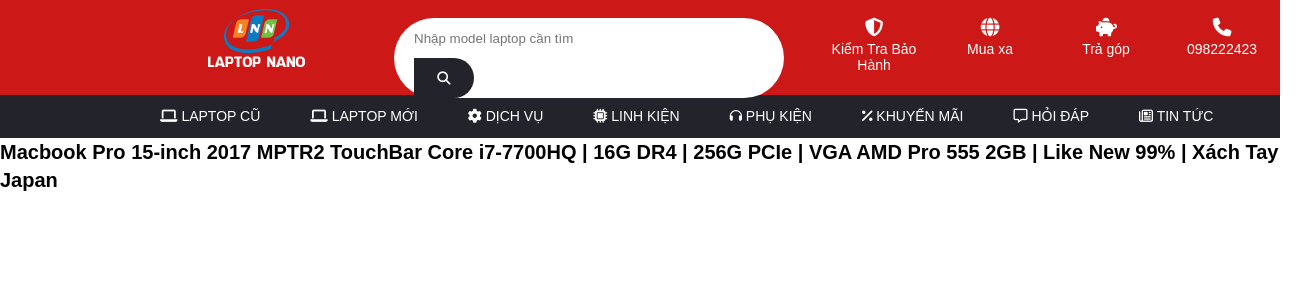
Repository: 21012324ThuanDM/WebLaptop
Page: Baicuoiky/Laptop.html
The author's editor kept a copy of each file at every save. The page is drawn from the files as they stood at one save, then again after the next save.
The browser window is 1280 px wide. The page is 1312 px wide, so the pictures cover 1312 px, including what lies to the right of the window. The pictures show the whole page.

Above is the page before, as saved 2023-10-16 21:56:08.

### Baicuoiky/Laptop.html
<!DOCTYPE html>
<html lang="en">
<head>
    <meta charset="UTF-8">
    <meta name="viewport" content="width=device-width, initial-scale=1.0">
    <title>Document</title>
    <link rel="stylesheet" href="Laptop.css">
</head>
<body>
    <!DOCTYPE html>
<html lang="en">

<head>
    <meta charset="UTF-8">
    <meta name="viewport" content="width=device-width, initial-scale=1.0">
    <title>Laptopnano</title>
    <link rel="stylesheet" href="https://cdnjs.cloudflare.com/ajax/libs/font-awesome/6.4.2/css/all.min.css" integrity="sha512-z3gLpd7yknf1YoNbCzqRKc4qyor8gaKU1qmn+CShxbuBusANI9QpRohGBreCFkKxLhei6S9CQXFEbbKuqLg0DA==" crossorigin="anonymous" referrerpolicy="no-referrer"
    />
    <link rel="stylesheet" href="laptopnano.css">
    <link rel="stylesheet" href="./themify-icons/themify-icons.css">
    <link rel="stylesheet" href="./fontawesome-free-5.12.1-web/css/all.min.css">
</head>

<body>
    <div id="header">
        <div class="header_wrap">
            <div class="logo_timkiem">
                <div class="logo">
                    <a href="https://laptopnano.com/"><img src="logo-pc-3_1589368333.png" alt=""></a>
                </div>
                <div class="timkiem">
                    <form action="" class="search-box">
                        <input class=input type="type" class="search-text" placeholder="Nhập model laptop cần tìm">
                        <button class="search-btn" aria-label="tìm kiếm">
                            <i class="fa-solid fa-magnifying-glass"></i>
                        </button>
                    </form>

                </div>
            </div>
            <div class="mainmenu">
                <ul>
                    <li>
                        <a href="">
                            <i class="fa-solid fa-shield-halved fa-lg"></i><br>
                            Kiểm Tra Bảo Hành
                        </a>
                    </li>
                    <li>
                        <a href="">
                            <i class="fa-solid fa-globe fa-lg"></i> <br>
                            Mua xa
                        </a>
                    </li>
                    <li>
                        <a href="">
                            <i class="fa-solid fa-piggy-bank fa-flip-horizontal fa-lg"></i> <br>
                            Trả góp
                        </a>
                    </li>
                    <li>
                        <a href="">
                            <i class="fa-solid fa-phone fa-lg"></i> <br>
                            098222423
                        </a>
                    </li>
                </ul>
            </div>
        </div>
        <div class="navi">
            <ul>
                <li>
                    <a href="">
                        <i class="fa-solid fa-laptop fa-2sm"></i> Laptop cũ
                    </a>

                </li>

                <li>
                    <a href="">
                        <i class="fa-solid fa-laptop fa-2sm"></i> Laptop mới
                    </a>

                </li>
                <li>
                    <a href="">
                        <i class="fa-solid fa-gear"></i> Dịch vụ
                    </a>

                </li>
                <li>
                    <a href="">
                        <i class="fa-solid fa-microchip"></i> Linh kiện
                    </a>
                </li>

                <li>
                    <a href="">
                        <i class="fa-solid fa-headphones fa-sm"></i> Phụ kiện
                    </a>
                </li>
                <li>
                    <a href="">
                        <i class="fa-solid fa-percent fa-2sm"></i> Khuyến mãi
                    </a>
                </li>

                <li>
                    <a href="">
                        <i class="fa-regular fa-message fa-2sm"></i> Hỏi đáp
                    </a>
                </li>
                <li>
                    <a href="">
                        <i class="fa-regular fa-newspaper fa-2sm"></i> Tin Tức
                    </a>
                </li>
                <li>
                    <a href="">
                        <i class="fa-solid fa-phone fa-2sm"></i> Liên hệ
                    </a>
                </li>
            </ul>
        </div>
    </div>
    <div class="thongtinlaptop">
        <div class="divtieude">
		    <h1 class="tieude">Macbook Pro 15-inch 2017 MPTR2 TouchBar Core i7-7700HQ | 16G DR4 | 256G PCIe | VGA AMD Pro 555 2GB | Like New 99% | Xách Tay Japan </h1>
	    </div>
    </div>
        <!-- ####### -->

    <div id="footer">


    </div>
</body>

</html>
</body>
</html>

### Baicuoiky/Laptop.css
* {
    padding: 0;
    margin: 0;
    box-sizing: border-box;
}

html {
    font-size: 18px;
    font-family: Arial, Helvetica, sans-serif;
}

#header .header_wrap {
    background-color: #cd1818;
    height: 95px;
    padding: 0px 0px 0px 154px;
    display: flex;
}

#header .logo_timkiem {
    display: flex;
}

.logo_timkiem .logo {
    margin-top: 8px;
    display: block;
    float: left;
}

.header_wrap ul {
    color: #FFF;
    list-style-type: none;
    width: 100%;
    display: flex;
    margin: 20px 0px -19px 32px;
    font-size: 14px;
}

.header_wrap .mainmenu ul li{
    width: 116px;
    height: 95px;
    text-align: center;
}

.header_wrap .mainmenu i{
    padding-bottom: 7px;
}

.header_wrap ul li a {
    color: #FFF;
    text-decoration: none;
}

.search-box {
    margin-left: 40px;
    margin-top: 18px;
    padding-left: 20px;
    background-color: #FFF;
    border-radius: 40px;
}

.search-box input {
    outline: none;
    background: none;
    width: 340px;
    height: 40px;
    border: none;
}

.search-box .search-btn {
    width: 60px;
    height: 40px;
    background-color: #23232B;
    color: #FFF;
    border: none;
    border-radius: 0 40px 40px 0;
}

#header .navi {
    height: 43px;
    background-color: #23232B;
    padding-left: 126px;
}



.navi li {
    display: inline-block;
    text-decoration: none;
    text-transform: uppercase;
    line-height: 43px;
    font-size: 14px;

}

.navi li a {
    text-decoration: none;
    color: #FFF;
    padding: 0px 11px 0px 34px;
}

#content .container_slideshow{
    width: 1500px;
    height: 398px;
    padding: 15px 0px 0px 145px;
    display: flex;
}


.container_slideshow .thumb{
    width: 780px;
    height: 61px;
    margin-top: -5px;
}

.container_slideshow .thumb ul{
    border-left: 1px solid #E7E7E7;
    border-bottom: 1px solid #E7E7E7;
    border-right: 1px solid #E7E7E7;
    text-align: center;
}

.container_slideshow .thumb li{
    display: inline-block;
    text-decoration: none;
    /* border-left: 1px solid #E7E7E7; */
    width: 150px;
    height: 61px;

}

.container_slideshow .thumb li a{
    text-decoration: none;
    font-size: 13px;
    color: #000;

}

.container_slideshow .countdown {
    margin-left: 15px;
}

.countdown .bot1 a img{
    width: 370px;
}

.countdown .newtop{

}

.newtop .news_cat{
    width: 370px;
    height: 38px;
    background-color: #ebebeb;
    padding: 10px;
    font-size: 14px;
}

.newtop .news_cat p{
    display: inline;
    margin-top: 10px;
}

.newtop .news_list1, .newtop .news_list2{
    width: 370px;
    font-size: 14px;
    float: left;
    padding-top: 10px;
    display: flex;
    margin-left: -3px;
}

.newtop .news_list a{
    text-decoration: none;
    margin-left: 15px;
}

.newtop .news_list img{
    width: 83px;
}

#content .container{
    margin-top: 25px;
    margin-left: 144px;
}

/********************/
.tieude {
    color: #000000;
    font-size: 20px;
    line-height: 28px;
    margin-bottom: 8px;
    display: inline;
}

### Baicuoiky/laptopnano.css
* {
    padding: 0;
    margin: 0;
    box-sizing: border-box;
}

html {
    font-size: 18px;
    font-family: Arial, Helvetica, sans-serif;
}

#header .header_wrap {
    background-color: #cd1818;
    height: 95px;
    padding: 0px 0px 0px 154px;
    display: flex;
}

#header .logo_timkiem {
    display: flex;
}

.logo_timkiem .logo {
    margin-top: 8px;
    display: block;
    float: left;
}

.header_wrap ul {
    color: #FFF;
    list-style-type: none;
    width: 100%;
    display: flex;
    margin: 20px 0px -19px 32px;
    font-size: 14px;
}

.header_wrap .mainmenu ul li{
    width: 116px;
    height: 95px;
    text-align: center;
}

.header_wrap .mainmenu i{
    padding-bottom: 7px;
}

.header_wrap ul li a {
    color: #FFF;
    text-decoration: none;
}

.search-box {
    margin-left: 40px;
    margin-top: 18px;
    padding-left: 20px;
    background-color: #FFF;
    border-radius: 40px;
}

.search-box input {
    outline: none;
    background: none;
    width: 340px;
    height: 40px;
    border: none;
}

.search-box .search-btn {
    width: 60px;
    height: 40px;
    background-color: #23232B;
    color: #FFF;
    border: none;
    border-radius: 0 40px 40px 0;
}

#header .navi {
    height: 43px;
    background-color: #23232B;
    padding-left: 126px;
}



.navi li {
    display: inline-block;
    text-decoration: none;
    text-transform: uppercase;
    line-height: 43px;
    font-size: 14px;

}

.navi li a {
    text-decoration: none;
    color: #FFF;
    padding: 0px 11px 0px 34px;
}

#content .container_slideshow{
    width: 1500px;
    height: 398px;
    padding: 15px 0px 0px 145px;
    display: flex;
}


.container_slideshow .thumb{
    width: 780px;
    height: 61px;
    margin-top: -5px;
}

.container_slideshow .thumb ul{
    border-left: 1px solid #E7E7E7;
    border-bottom: 1px solid #E7E7E7;
    border-right: 1px solid #E7E7E7;
    text-align: center;
}

.container_slideshow .thumb li{
    display: inline-block;
    text-decoration: none;
    /* border-left: 1px solid #E7E7E7; */
    width: 150px;
    height: 61px;

}

.container_slideshow .thumb li a{
    text-decoration: none;
    font-size: 13px;
    color: #000;

}

.container_slideshow .countdown {
    margin-left: 15px;
}

.countdown .bot1 a img{
    width: 370px;
}

.countdown .newtop{

}

.newtop .news_cat{
    width: 370px;
    height: 38px;
    background-color: #ebebeb;
    padding: 10px;
    font-size: 14px;
}

.newtop .news_cat p{
    display: inline;
    margin-top: 10px;
}

.newtop .news_list1, .newtop .news_list2{
    width: 370px;
    font-size: 14px;
    float: left;
    padding-top: 10px;
    display: flex;
    margin-left: -3px;
}

.newtop .news_list a{
    text-decoration: none;
    margin-left: 15px;
}

.newtop .news_list img{
    width: 83px;
}

#content .container{
    margin-top: 25px;
    margin-left: 144px;
}

/* ##### */


ul.maclist li.item_tabs {
    display: inline;
    margin-right: 10px;
}

ul.maclist li.item_tabs a {
    text-decoration: none;
    color: black;
}
.tensp {
    text-decoration: none;
    color: black;
}
.custom-div {
    width: 80%;
    margin: 0 auto;
    background-color: rgb(255, 250, 250);
    padding: 20px;
    margin-bottom: 30px;
}


.title {
    display: flex;
    line-height: 50px;
    border-bottom: 2px solid red;
    margin-bottom: 20px;
    justify-content: space-between;
}


.title-main {
    margin: 0;

}

.titles .nav-tabs li {
    margin-left: 16px;
    cursor: pointer;
}
.nav-tabs {
    float: right;
    display: flex;
    line-height: 52px;
}

.inside{
    display: inline-block;
}

.flex-container {
    display: inline-flex;
    justify-content: space-between;
}
.flex-item {
    height: auto;
    width: 280px;
}

.giatien {
    color: red;
}

Loaded but not shown: Baicuoiky/themify-icons/themify-icons.css (common file); Baicuoiky/fontawesome-free-5.12.1-web/css/all.min.css (library)

After the next save:
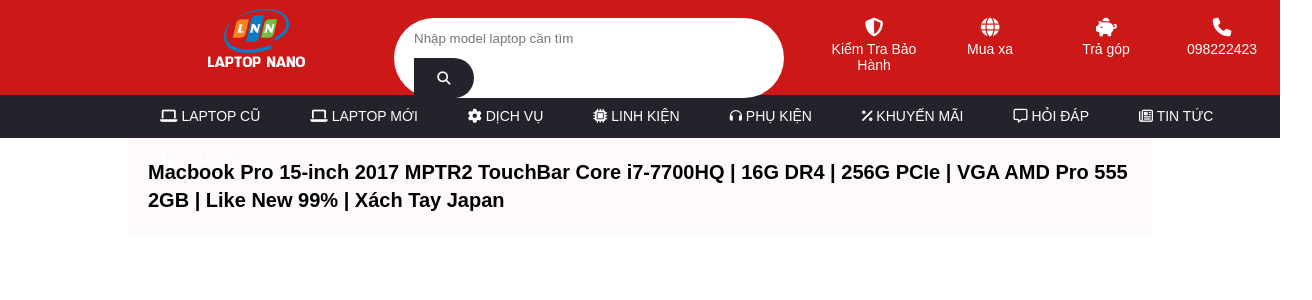
Saved 52 s later.
--- a/Baicuoiky/Laptop.css
+++ b/Baicuoiky/Laptop.css
@@ -191,3 +191,11 @@
     margin-bottom: 8px;
     display: inline;
 }
+
+.divtieude {
+    width: 80%;
+    margin: 0 auto;
+    background-color: rgb(255, 250, 250);
+    padding: 20px;
+    margin-bottom: 30px;
+}
